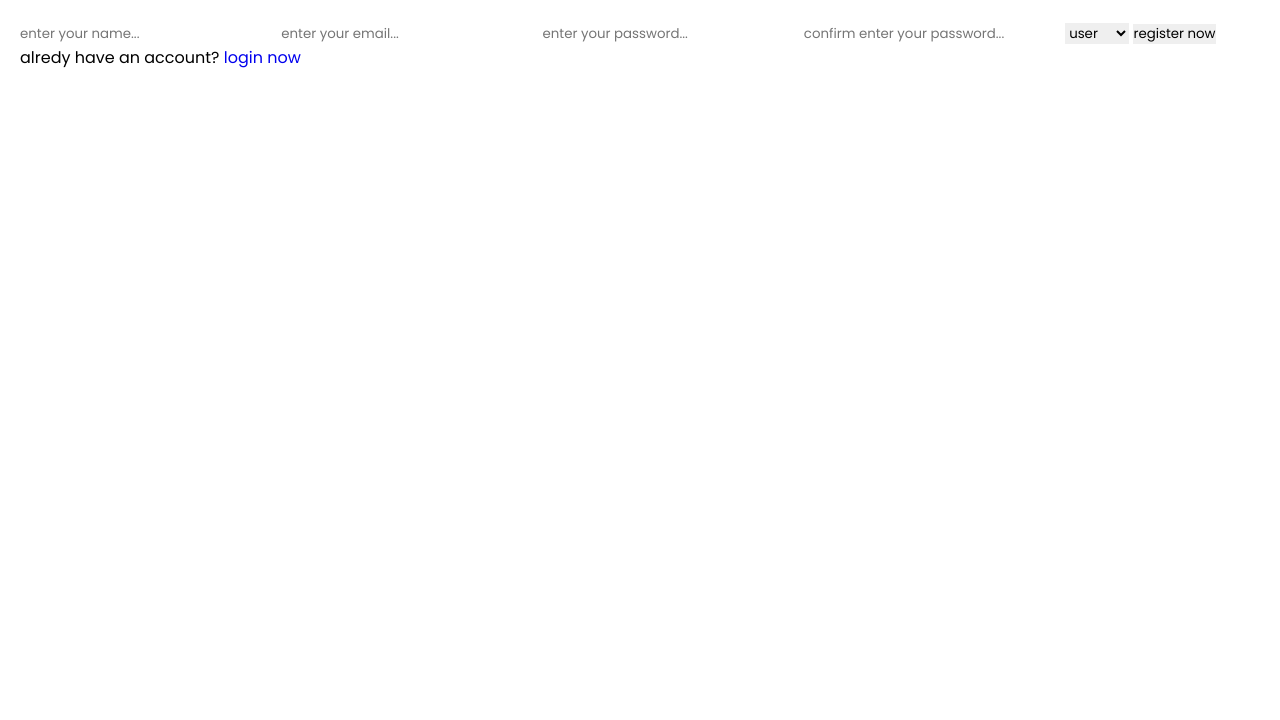
Repository: yennobita/FPT-PHP1
Page: http://localhost/user/register_form.php
These files come from the project's save history. The page is drawn as it stood at one moment and after the next save; the edit follows.
The browser window is 1280 px wide. The pictures show the whole page.
The page is run by PHP 8.4 with error messages shown; the project is at /var/www/html/.

Above is the page before, as saved 2022-07-24 21:20:01.

### ASM_PHP1/user/register_form.php
<!DOCTYPE html>
<html lang="en">
<head>
    <meta charset="UTF-8">
    <meta http-equiv="X-UA-Compatible" content="IE=edge">
    <meta name="viewport" content="width=device-width, initial-scale=1.0">
    <title>Form-container</title>
    <style>
    @import url("https://fonts.googleapis.com/css2?family=Poppins:wght@100;200;300;400;500;600&display=swap");
    * {
       font-family: "Poppins", sans-serif;
       margin: 0;
       padding: 0;
       box-sizing: border-box;
       outline: none;
       border: none;
       text-decoration: none;
    }
    .form-container {
        min-height: 100vh;
        display: inline-block;
        align-items: center;
        justify-content: center;
        padding: 20px;
        padding-bottom: 60px;
    }
    </style>
</head>
<body>
    <div class="form-container">
        <form action="" method="post">
            <input type="text" name="name" require placeholder="enter your name...">
            <input type="email" name="email" require placeholder="enter your email...">
            <input type="password" name="password" require placeholder="enter your password...">
            <input type="password" name="password" require placeholder="confirm enter your password...">
            <select name="user_type" >
                <option value="user">user</option>
                <option value="admin">admin</option>
            </select>
            <input type="submit" name="submit" value="register now" class="form-btn">
            <p>alredy have an account? <a href="/user/login_form.php">login now</a></p>
        </form>
    </div>
</body>
</html>

After the next save:
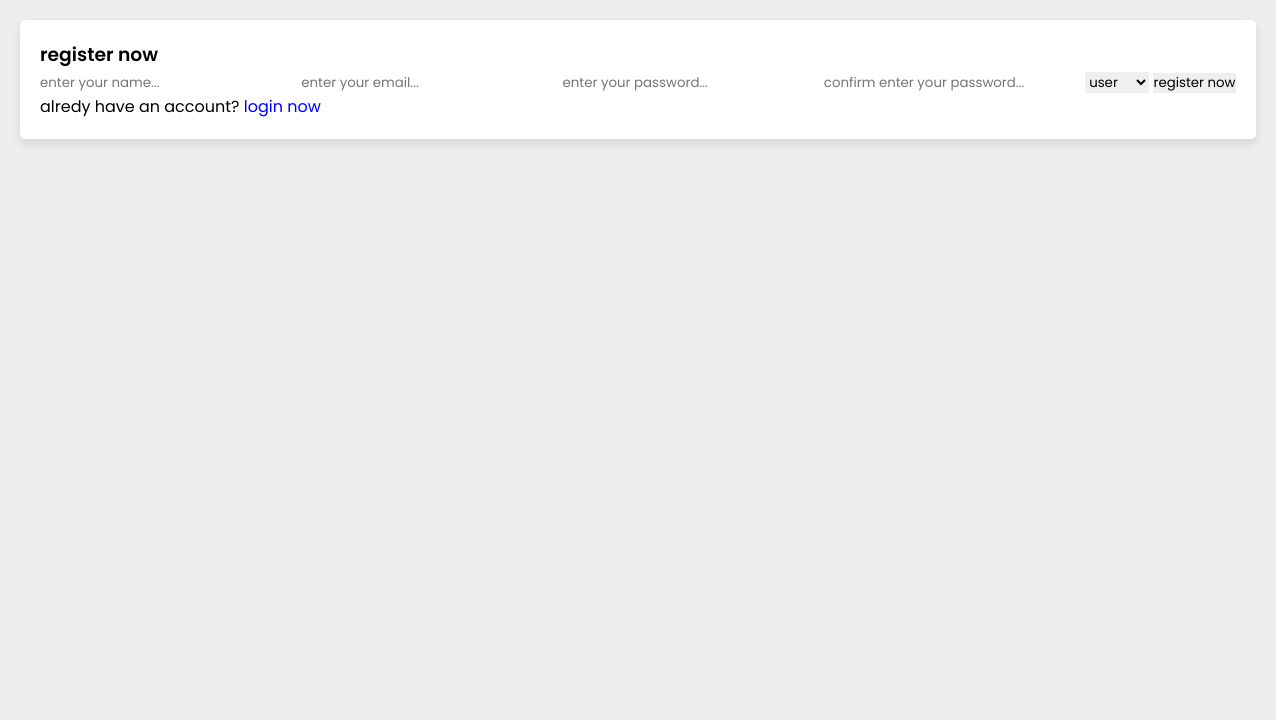
Saved 2 min 33 s later.
--- a/ASM_PHP1/user/register_form.php
+++ b/ASM_PHP1/user/register_form.php
@@ -23,12 +23,24 @@
         justify-content: center;
         padding: 20px;
         padding-bottom: 60px;
+        background: #eee;
+
+    }
+    .form-container form {
+        padding: 20px;
+        border-radius: 5px;
+        box-shadow: 0 5px 10px rgba(0, 0, 0, .1);
+        background: #fff;
+    }
+    .form-container form h3 {
+
     }
     </style>
 </head>
 <body>
     <div class="form-container">
         <form action="" method="post">
+            <h3>register now</h3>
             <input type="text" name="name" require placeholder="enter your name...">
             <input type="email" name="email" require placeholder="enter your email...">
             <input type="password" name="password" require placeholder="enter your password...">
